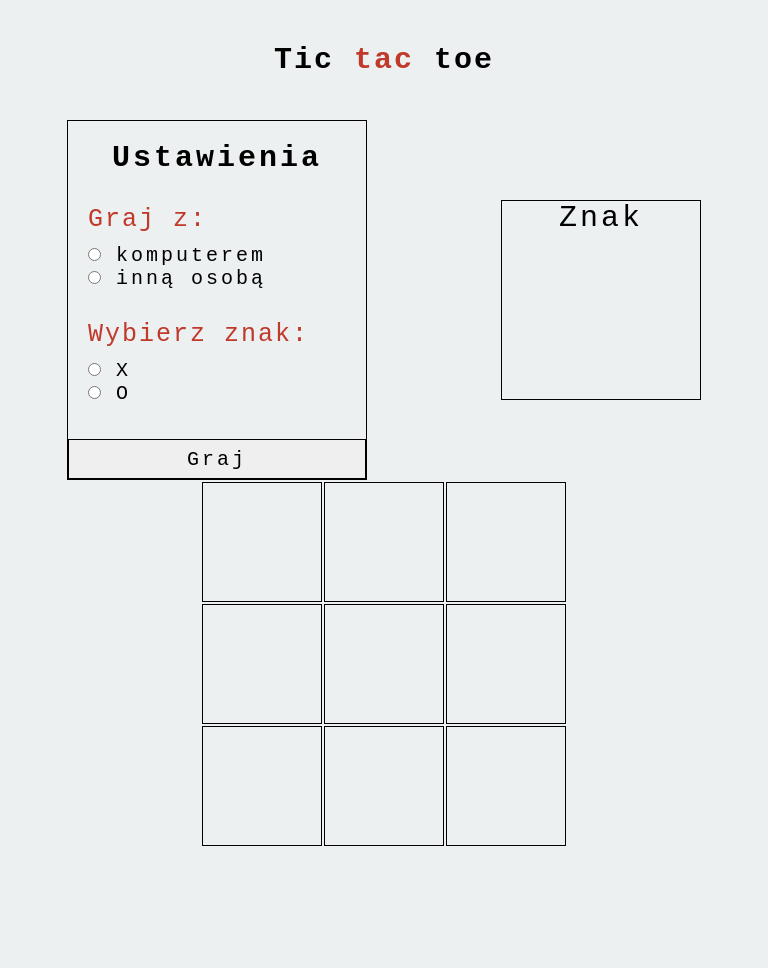
Repository: SebastianArmata22/Tic-Tac-Toe
Page: index.html
The author's editor kept a copy of each file at every save. The page is drawn from the files as they stood at one save, then again after the next save.
The browser window is 768 px wide. The pictures show the whole page.
Some web fonts or font styles are not loaded; a fallback is used.

Above is the page before, as saved 2020-11-12 19:18:06.

### index.html
<!DOCTYPE html>
<html>
    <head>
        <meta charset="utf-8">
        <meta http-equiv="X-UA-Compatible" content="IE=edge">
        <title></title>
        <meta name="description" content="">
        <meta name="viewport" content="width=device-width, initial-scale=1">
        <link rel="stylesheet" href="style.css">
    </head>
    <body>
        <div class="inscription">
            <h1>Tic <span>tac</span> toe</h1>
        </div>
        <div class="main-content">
            <div class="settings-div">
                <h2>Ustawienia</h2>
                <div class="choice">
                    <p>Graj z:</p>
                    <label><input type="radio" name="player" id="checkComputer" onclick="showSign()"> komputerem</label> </br>
                    <label><input type="radio" name="player" id="checkPlayer"  onclick="notDisplaySign()">  inną osobą</label>

                </div>
                <div class="choice" id="choiceSign">
                    <p>Wybierz znak:</p>
                    <label><input type="radio" name="sign" id="signX" onclick="showSigninHelp()"> X</label></br>
                    <label><input type="radio" name="sign" id="signO" onclick="showSigninHelp()"> O</label>
                </div>
                <button class="game-btn" onclick="start()">Graj</button>
            </div>
            <div class="help-div">
                <p>Znak</p>
                <h1 id="sign"></h1>
            </div>
            <div class="tic-tac-toe-div">
                <table>
                    <tr>
                        <th class="" id="1" onclick="choiceSquare(this,0)"></th>
                        <th id="2" onclick="choiceSquare(this,1)"></th>
                        <th id="3" onclick="choiceSquare(this,2)"><p></p></th>
                    </tr>
                    <tr>
                        <th id="4"  onclick="choiceSquare(this,3)"><p></p></th>
                        <th id="5"  onclick="choiceSquare(this,4)"><p></p></th>
                        <th id="6"  onclick="choiceSquare(this,5)"><p></p></th>
                    </tr>
                    <tr>
                        <th id="7"  onclick="choiceSquare(this,6)"><p></p></th>
                        <th id="8"  onclick="choiceSquare(this,7)"><p></p></th>
                        <th id="9"  onclick="choiceSquare(this,8)"><p></p></th>
                    </tr>
                </table>

            </div>
        </div>
        <div class="win-div">
            <h1 id="winText"></h1>
        </div>

        <script src="script.js" ></script>
    </body>
</html>

### style.css
@import url('https://fonts.googleapis.com/css2?family=Syne+Mono&display=swap');
*{
    margin: 0;
    padding: 0;
    box-sizing: border-box;
    font-family: 'Syne Mono', monospace;
}
.inscription, .win-div{
    height: 15vh;
    display: flex;
    align-items: center;
    justify-content: center;
    font-size: 30px;
    background-color: #ecf0f1;
    letter-spacing: 2px;
}
.inscription span{
    color: #c0392b;
}
.main-content{
    display: flex;
    justify-content:space-around;
    align-items: center;
    min-height: 70vh;
    flex-wrap: wrap;
    background-color: #ecf0f1;

}

th{
border: 1px solid black;
height: 120px;
width: 120px;

}

th:hover{
background-color: #c0392b;
border: 3px solid #c0392b;
transition: all 0.5s ease-out;
}
.tic-tac-toe-div th{
    font-size: 70px;
    cursor: pointer;

}

.settings-div{
    height: 360px;
    position: relative;
    border: 1px solid black;
    width: 300px;
    padding: 20px;
}
.settings-div h2{
    text-align: center;
    letter-spacing: 3px;
    font-size: 30px;
}
.game-btn{
    position: absolute;
    bottom: 0;
    left: 0;
    width: 100%;
    border-style: none;
    height: 40px;
    font-size: 20px;
    letter-spacing: 3px;
    color: black;
    border: 1px solid black;
    cursor: pointer;
}
.game-btn:hover{
    background-color: black;
    color: #bdc3c7;
    transition: all 0.5s ease-out;
}
.choice{
    margin-top: 30px;
}
.choice p{
    font-size: 25px;
    letter-spacing: 2px;
    margin-bottom: 10px;
    color: #c0392b;
}
.choice label{
    font-size: 20px;
    letter-spacing: 3px;
}
.help-div{
    width: 200px;
    height: 200px;
    border: 1px solid black;
}
.help-div p{
    text-align: center;
    font-size: 30px;
    letter-spacing: 3px;
}
.help-div h1{
    display: flex;
    color: #c0392b;
    font-size: 100px;
    align-items: center;
    justify-content: center;
}
@media only screen and (max-width: 870px){
h1{
    font-size: 30px;
}
}

### script.js
const checkComputer= document.getElementById("checkComputer");
const checkPlayer= document.getElementById("checkPlayer");
const checkX= document.getElementById("signX");
const checkO= document.getElementById("signO");
const all_th = document.getElementsByTagName("th");
const choiceSign=document.getElementById("choiceSign");
const sign=document.getElementById("sign");
const winText=document.getElementById("winText");
const helpDiv=document.getElementsByClassName("help-div");

const signX='x';
const signO='o';
let presentSign;
let array_signs=[];
let win=false;
let computerSign;
let playerSign;

function unchecked(){
    checkComputer.checked=false;
    checkPlayer.checked=false;
    checkX.checked=false;
    checkO.checked=false;
}
unchecked();

function start(){
    win=false;
    for(i=0;i<9;i++){
        array_signs[i]="";
    }
    if(checkComputer.checked){
        gameWithComputer();
        helpDiv[0].style.display='none';
    }else if(checkPlayer.checked){
        gameWithPlayer();
        helpDiv[0].style.display='block';

    }
    winText.innerHTML="";
}

function gameWithComputer(){
    cleanBoard();
    if(checkX.checked){
        computerSign=signO;
        playerSign=signX;
    }else if(checkO.checked){
        computerSign=signX;
        playerSign=signO;
    }
    presentSign=playerSign;
}
function moveComputer(){
    const position=Math.floor(Math.random()*9);
    console.log(position);
    if(!checkWin()){
        if(checkTie()){
            if(array_signs[position]==''){
            all_th[position].innerHTML=presentSign;
            array_signs[position]=presentSign;
            changeOfSign();
            } else{
                console.log('jescze raz');
                moveComputer();
            }
        }else
        winText.innerHTML="Remis";
    }
}
function changeOfSign(){
    if(!checkWin())
    if(presentSign==signX){
        presentSign=signO;
        }
        else{
        presentSign=signX;
        }
        sign.innerHTML=presentSign;
        if(!checkTie())
    winText.innerHTML='Remis';
}

function choiceSquare(square, number){
    console.log(number);
    if(win==false&&checkTie()){
        if(array_signs[number]=="")
        {
            square.innerHTML=presentSign;
            array_signs[number]=presentSign;
            changeOfSign();
            if(checkComputer.checked)
        {
            moveComputer();
            console.log("jjj");
        }
        }
    }
}
function cleanBoard(){
    for(i=0;i<9;i++){
        all_th[i].innerHTML="";
    }
}
function gameWithPlayer(){
cleanBoard();
presentSign=signX;
sign.innerHTML=presentSign;
}

function showSign(){
    choiceSign.style.display="block";
}

function showSigninHelp(){
    if(checkX.checked){
    sign.innerHTML='x';
    }else if(checkO.checked)
    sign.innerHTML='o';
}
function notDisplaySign(){
    choiceSign.style.display="none";
    sign.innerHTML="";
}

function checkWin(){
    console.log(array_signs[0]==array_signs[1]&&array_signs[1]==array_signs[2]);
if(array_signs[0]==array_signs[1]&&array_signs[1]==array_signs[2]&&array_signs[0]!=''
    ||array_signs[3]==array_signs[4]&&array_signs[4]==array_signs[5]&&array_signs[3]!=''
    ||array_signs[6]==array_signs[7]&&array_signs[7]==array_signs[8]&&array_signs[6]!=''
    ||array_signs[0]==array_signs[3]&&array_signs[3]==array_signs[6]&&array_signs[0]!=''
    ||array_signs[1]==array_signs[4]&&array_signs[4]==array_signs[7]&&array_signs[1]!=''
    ||array_signs[2]==array_signs[5]&&array_signs[8]==array_signs[5]&&array_signs[2]!=''
    ||array_signs[0]==array_signs[4]&&array_signs[4]==array_signs[8]&&array_signs[0]!=''
    ||array_signs[2]==array_signs[4]&&array_signs[4]==array_signs[6]&&array_signs[2]!='')
    {
        winText.innerHTML="Zwycięstwo dla "+presentSign;
        win=true;
        return true;
    }
else{
        return false;
    }
}

function checkTie(){
    for(i=0;i<9;i++){
        if(array_signs[i]=="")
        return true;
    }
    return false;
}

After the next save:
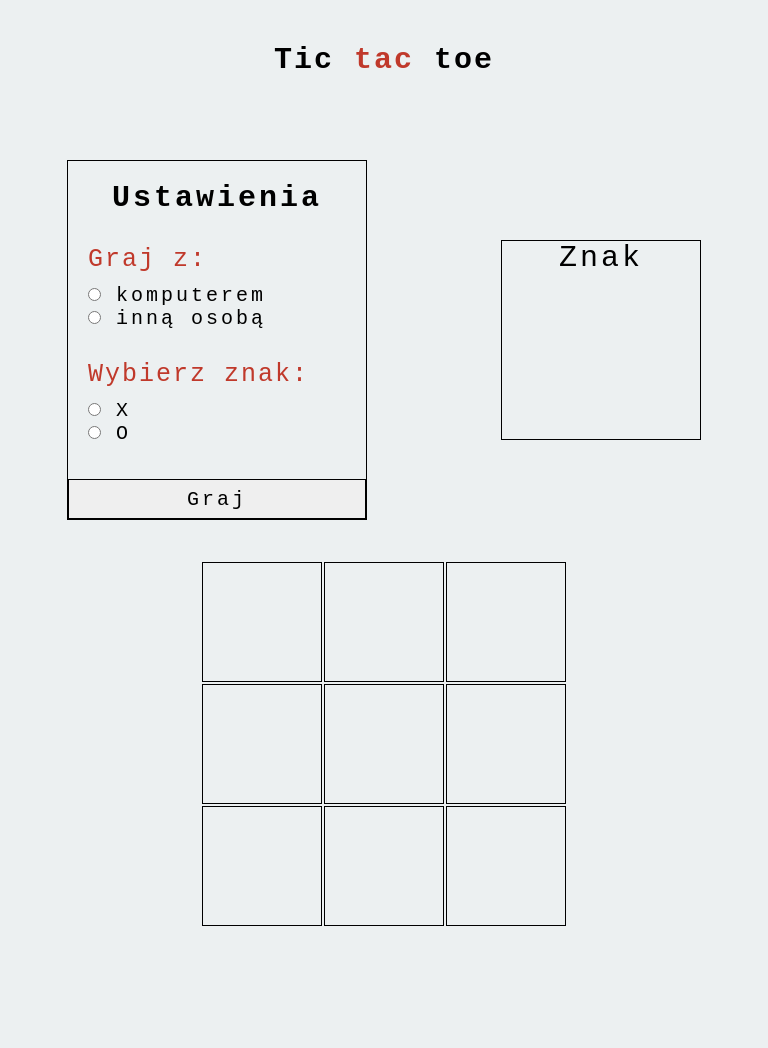
Saved 11 s later.
--- a/style.css
+++ b/style.css
@@ -106,6 +106,11 @@ transition: all 0.5s ease-out;
     justify-content: center;
 }
 @media only screen and (max-width: 870px){
+
+.settings-div, .help-div, .tic-tac-toe-div{
+
+    margin-top: 40px;
+}
 h1{
     font-size: 30px;
 }
